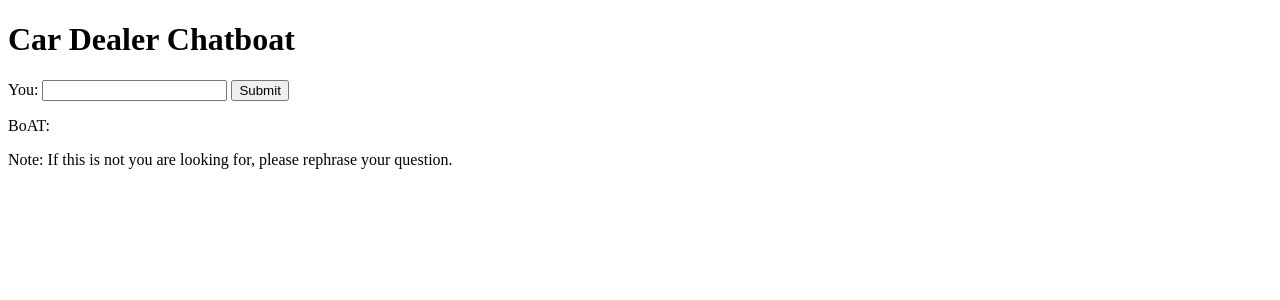
Repository: Uttam-Asodariya/Car-Dealer-Chatbot
Page: templates/index.html
An editor plug-in stored every save of this project. The page is shown before and after the next save, followed by the edit.
The browser window is 1280 px wide. The pictures show the whole page.
The template is drawn by Flask 3. The application's start-up code is not run. The template is opened directly, without the code that normally fills it, so the values that code supplies are empty.

Above is the page before, as saved 2024-04-26 17:49:30.

After the next save:
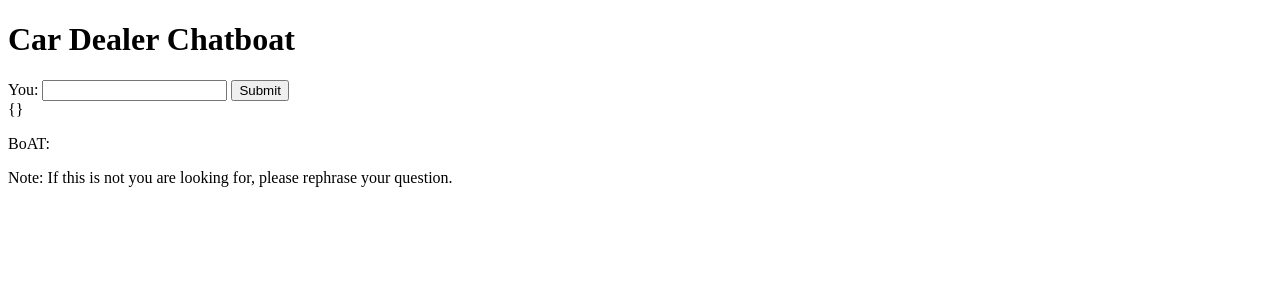
Saved 13 s later.
--- a/templates/index.html
+++ b/templates/index.html
@@ -15,7 +15,7 @@
             <input type="submit" value="Submit">
         </form>
 
-
+        {}
         <p class="text-center">BoAT: {{prediction}}</p>
         <p> Note: If this is not you are looking for, please rephrase your question. </p>
 
